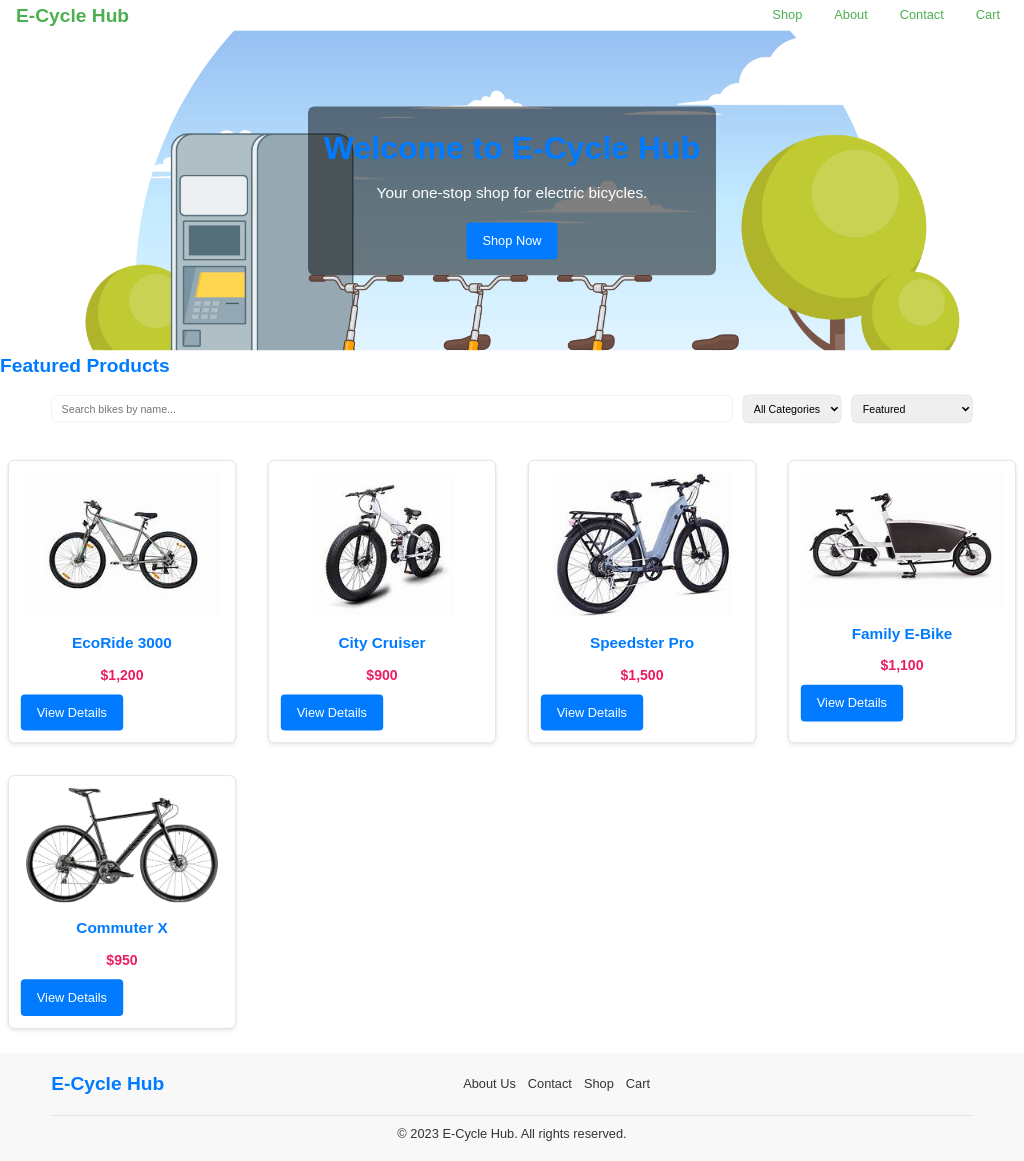
Repository: Rutuja-g/E-Cycle-Hub
Page: public/index.html
The author's editor kept a copy of each file at every save. The page is drawn from the files as they stood at one save, then again after the next save.
The browser window is 1280 px wide. The pictures show the whole page, at 80% of full size.

Above is the page before, as saved 2025-10-24 15:41:31.

### public/index.html
<!DOCTYPE html>
<html lang="en">
  <head>
    <meta charset="UTF-8" />
    <meta name="viewport" content="width=device-width, initial-scale=1.0" />
    <title>E-Cycle Hub</title>
    <link rel="icon" href="favicon.ico" type="image/x-icon" />
    <link rel="stylesheet" href="css/reset.css" />
    <link rel="stylesheet" href="css/variables.css" />
    <link rel="stylesheet" href="css/main.css" />
  </head>
  <body>
    <header>
      <div id="header"></div>
    </header>

    <main>
      <section class="hero">
        <img
          src="assets/images/banner.jpg"
          alt="E-Cycle Hub Banner"
          class="hero-banner"
        />
        <div class="hero-content">
          <h1>Welcome to E-Cycle Hub</h1>
          <p>Your one-stop shop for electric bicycles.</p>
          <a href="shop.html" class="btn">Shop Now</a>
        </div>
      </section>

      <section class="featured-products">
        <h2>Featured Products</h2>
        <div class="grid--featured"></div>
      </section>
    </main>

    <footer>
      <div id="footer"></div>
    </footer>

    <script src="js/components.js"></script>
    <script src="js/main.js"></script>
    <script src="js/auth.js"></script>
  </body>
</html>

### public/css/reset.css
html
/* CSS Reset */
* {
    margin: 0;
    padding: 0;
    box-sizing: border-box;
}

html, body {
    height: 100%;
    font-family: Arial, sans-serif;
}

img {
    max-width: 100%;
    height: auto;
}

a {
    text-decoration: none;
    color: inherit;
}

ul {
    list-style: none;
}

button {
    cursor: pointer;
}

### public/css/variables.css
:root {
  --primary-color: #007bff; /* Electric Blue */
  --secondary-color: #0056b3; /* Darker Blue for hover */
  --background-color: #ffffff; /* White */
  --text-color: #333333; /* Dark Gray */
  --muted: #6c757d; /* Muted text */
  --font-family: "Poppins", sans-serif; /* Modern Font */
  --font-size-base: 16px; /* Base Font Size */
  --font-size-large: 1.25rem; /* Large Font Size */
  --font-size-small: 0.875rem; /* Small Font Size */
  --border-radius: 10px; /* Rounded Corners */
  --box-shadow: 0 4px 8px rgba(0, 0, 0, 0.1); /* Subtle Box Shadow */
  --box-shadow-hover: 0 6px 12px rgba(0, 0, 0, 0.15); /* Hover Shadow */
  --transition: all 0.3s ease; /* Smooth Transitions */
}

### public/css/main.css
/* Main styles for E-Cycle Hub */

/* Reset some default styles */
body {
  margin: 0;
  font-family: var(--font-family, Arial, sans-serif);
  line-height: 1.6;
  color: var(--text-color, #333);
}

h1,
h2,
h3,
h4,
h5,
h6 {
  margin: 0;
  color: var(--primary-color, #4caf50);
}

a {
  text-decoration: none;
  color: var(--link-color, #4caf50);
  transition: color 0.3s ease;
}

a:hover {
  color: var(--link-hover-color, #388e3c);
}

/* Layout styles */
.container {
  width: 90%;
  max-width: 1200px;
  margin: auto;
}

/* Navbar styles */
nav {
  display: flex;
  justify-content: space-between;
  align-items: center;
  padding: 0 20px;
}

.logo a {
  font-size: 1.5em;
  font-weight: bold;
}

.nav-links {
  list-style: none;
  display: flex;
  gap: 20px;
}

.nav-links li a {
  padding: 10px;
  transition: background 0.3s;
}

.nav-links li a:hover {
  background: rgba(76, 175, 80, 0.1);
  border-radius: 5px;
}

.header,
.footer {
  background: var(--header-footer-bg, #f8f8f8);
  padding: 20px 0;
}

.header {
  position: sticky;
  top: 0;
  z-index: 1000;
}

.main-content {
  padding: 20px 0;
}

/* Hero section styles */
.hero {
  position: relative;
  display: flex;
  align-items: center;
  justify-content: center;
  min-height: 400px;
  overflow: hidden;
}

.hero-banner {
  position: absolute;
  top: 0;
  left: 0;
  width: 100%;
  height: 100%;
  object-fit: cover;
  z-index: -1;
}

.hero-content {
  text-align: center;
  color: white;
  background: rgba(0, 0, 0, 0.5);
  padding: 20px;
  border-radius: 8px;
}

.hero h1 {
  font-size: 2.5em;
  margin-bottom: 10px;
}

.hero p {
  font-size: 1.2em;
  margin-bottom: 20px;
}

.btn {
  display: inline-block;
  padding: 10px 20px;
  background: var(--primary-color, #4caf50);
  color: white;
  border-radius: 5px;
  transition: background 0.3s ease, transform 0.2s ease;
}

.btn:hover {
  background: var(--hover-color, #388e3c);
  transform: translateY(-2px);
}

/* Responsive styles */
@media (max-width: 768px) {
  .container {
    width: 95%;
  }

  .header,
  .footer {
    padding: 15px 0;
  }

  .hero {
    min-height: 300px;
  }

  .hero h1 {
    font-size: 2em;
  }

  .hero p {
    font-size: 1em;
  }
}

@media (max-width: 480px) {
  .hero {
    flex-direction: column;
    text-align: center;
  }

  .hero-content {
    padding: 15px;
  }

  .hero h1 {
    font-size: 1.8em;
  }

  .hero p {
    font-size: 0.9em;
  }

  /* Navbar responsive */
  .nav-links {
    display: none;
  }

  /* Footer responsive */
  .footer-content {
    flex-direction: column;
    text-align: center;
  }

  .footer-links ul {
    flex-direction: column;
    gap: 10px;
  }

  /* Grid responsive */
  .grid--featured {
    grid-template-columns: repeat(auto-fit, minmax(200px, 1fr));
  }
}

/* Product card styles (updated for .card class used by main.js) */
.card {
  border: 1px solid #ddd;
  border-radius: 8px;
  padding: 15px;
  margin: 10px;
  text-align: center;
  background: white;
  box-shadow: 0 2px 5px rgba(0, 0, 0, 0.1);
  transition: transform 0.3s ease, box-shadow 0.3s ease;
}

.card:hover {
  transform: translateY(-5px);
  box-shadow: 0 4px 10px rgba(0, 0, 0, 0.2);
}

.card img {
  max-width: 100%;
  height: auto;
  border-radius: 5px;
}

.card .card-title {
  margin: 10px 0;
  font-size: 1.2em;
}

.card .price {
  color: var(--price-color, #e91e63);
  font-weight: bold;
  font-size: 1.1em;
}

.card .btn {
  margin-top: 10px;
}

/* Featured products grid */
.grid--featured {
  display: grid;
  grid-template-columns: repeat(auto-fit, minmax(250px, 1fr));
  gap: 20px;
  padding: 20px 0;
}

/* Cart styles */
.cart-item {
  display: flex;
  justify-content: space-between;
  padding: 10px 0;
  border-bottom: 1px solid #ddd;
}

.cart-item img {
  width: 50px;
  height: auto;
}

.cart-total {
  font-weight: bold;
  font-size: 1.2em;
}

/* Checkout styles */
.checkout-form {
  display: flex;
  flex-direction: column;
}

.checkout-form input,
.checkout-form button {
  margin: 10px 0;
  padding: 10px;
  border: 1px solid #ddd;
  border-radius: 5px;
}

.checkout-form button {
  background: var(--primary-color, #4caf50);
  color: white;
  cursor: pointer;
}

.checkout-form button:hover {
  background: var(--hover-color, #388e3c);
}

/* Product details styles */
.product-details {
  max-width: 1200px;
  margin: 0 auto;
  padding: 20px;
  display: flex;
  flex-direction: column;
  gap: 20px;
}

.back-link {
  color: var(--primary-color, #4caf50);
  font-weight: bold;
  margin-bottom: 20px;
  display: inline-block;
}

.back-link:hover {
  color: var(--link-hover-color, #388e3c);
}

.product-image {
  flex: 1;
  max-width: 600px;
  margin: 0 auto;
}

.product-image img {
  width: 100%;
  height: auto;
  border-radius: 8px;
  box-shadow: 0 4px 10px rgba(0, 0, 0, 0.1);
}

.product-info {
  flex: 1;
  padding: 20px;
  background: white;
  border-radius: 8px;
  box-shadow: 0 2px 5px rgba(0, 0, 0, 0.1);
}

.product-info h1 {
  font-size: 2em;
  margin-bottom: 10px;
}

.product-price {
  font-size: 1.5em;
  color: var(--price-color, #e91e63);
  font-weight: bold;
  margin-bottom: 20px;
}

.product-info p {
  line-height: 1.6;
  margin-bottom: 20px;
}

.product-info .btn {
  margin-top: 20px;
}

/* Responsive for product details */
@media (max-width: 768px) {
  .product-details {
    flex-direction: column;
  }

  .product-image,
  .product-info {
    flex: none;
    width: 100%;
  }

  .product-info {
    padding: 15px;
  }

  .product-info h1 {
    font-size: 1.8em;
  }

  .product-price {
    font-size: 1.3em;
  }
}

/* Footer styles */
.footer {
  background: var(--header-footer-bg, #f8f8f8);
}

.footer-content {
  display: flex;
  justify-content: space-between;
  align-items: center;
  flex-wrap: wrap;
  gap: 20px;
}

.footer-logo h2 {
  margin: 0;
}

.footer-links ul {
  list-style: none;
  display: flex;
  gap: 15px;
}

.footer-links li a {
  color: var(--text-color, #333);
}

.footer-social a {
  margin: 0 5px;
  font-size: 1.5em;
  color: var(--primary-color, #4caf50);
}

.footer-bottom {
  text-align: center;
  margin-top: 20px;
  border-top: 1px solid #ddd;
  padding-top: 10px;
}

/* Add error styles */
.error {
  color: red;
  font-size: 0.9em;
  margin-top: 5px;
  display: none;
}

/* Success popup styles */
.success-popup {
  position: fixed;
  top: 0;
  left: 0;
  width: 100%;
  height: 100%;
  background-color: rgba(0, 0, 0, 0.5);
  display: flex;
  justify-content: center;
  align-items: center;
  z-index: 1000;
}

.popup-content {
  background-color: white;
  padding: 20px;
  border-radius: 8px;
  text-align: center;
  box-shadow: 0 4px 6px rgba(0, 0, 0, 0.1);
}

.popup-content h3 {
  margin-bottom: 10px;
  color: var(--primary-color);
}

.popup-content button {
  background-color: var(--primary-color);
  color: white;
  border: none;
  padding: 10px 20px;
  border-radius: 4px;
  cursor: pointer;
  margin-top: 15px;
}

.popup-content button:hover {
  background-color: var(--primary-hover);
}

### public/js/components.js
// components.js - Dynamic loading of header and footer components

(function () {
  // Load component into element
  async function loadComponent(componentPath, targetElement) {
    try {
      const response = await fetch(componentPath);
      if (!response.ok) {
        throw new Error(`Failed to load ${componentPath}: ${response.status}`);
      }
      const html = await response.text();
      targetElement.innerHTML = html;
    } catch (error) {
      console.error(`Error loading component ${componentPath}:`, error);
      targetElement.innerHTML = "<p>Error loading component</p>";
    }
  }

  // Load header and footer on page load
  document.addEventListener("DOMContentLoaded", function () {
    const headerElement = document.getElementById("header");
    const footerElement = document.getElementById("footer");

    if (headerElement) {
      loadComponent("components/header.html", headerElement);
    }

    if (footerElement) {
      loadComponent("components/footer.html", footerElement);
    }
  });
})();

### public/js/auth.js
// auth.js - Handles user authentication, login, signup, and session management

(function () {
  const USERS_KEY = "ecycle_users";
  const CURRENT_USER_KEY = "ecycle_current_user";
  const LOGGED_IN_KEY = "isLoggedIn";

  // Get users from localStorage
  function getUsers() {
    const users = localStorage.getItem(USERS_KEY);
    return users ? JSON.parse(users) : [];
  }

  // Save users to localStorage
  function saveUsers(users) {
    localStorage.setItem(USERS_KEY, JSON.stringify(users));
  }

  // Get current user
  function getCurrentUser() {
    const user = localStorage.getItem(CURRENT_USER_KEY);
    return user ? JSON.parse(user) : null;
  }

  // Set current user
  function setCurrentUser(user) {
    localStorage.setItem(CURRENT_USER_KEY, JSON.stringify(user));
  }

  // Clear current user (logout)
  function clearCurrentUser() {
    localStorage.removeItem(CURRENT_USER_KEY);
  }

  // Check if user is logged in
  function isLoggedIn() {
    return localStorage.getItem(LOGGED_IN_KEY) === "true";
  }

  // Set logged in flag
  function setLoggedIn() {
    localStorage.setItem(LOGGED_IN_KEY, "true");
  }

  // Clear logged in flag
  function clearLoggedIn() {
    localStorage.removeItem(LOGGED_IN_KEY);
  }

  // Validate email format
  function validateEmail(email) {
    const emailRegex = /^[^\s@]+@[^\s@]+\.[^\s@]+$/;
    return emailRegex.test(email);
  }

  // Validate password (at least 6 characters)
  function validatePassword(password) {
    return password.length >= 6;
  }

  // Update navbar with user info
  function updateNavbar() {
    const user = getCurrentUser();
    const userInfo = document.getElementById("user-info");
    const userName = document.getElementById("user-name");
    const logout = document.getElementById("logout");

    if (user && userInfo && userName) {
      userInfo.style.display = "block";
      userName.textContent = user.name;
      if (logout) {
        logout.addEventListener("click", function (e) {
          e.preventDefault();
          clearCurrentUser();
          clearLoggedIn();
          window.location.href = "login.html";
        });
      }
    } else if (userInfo) {
      userInfo.style.display = "none";
    }
  }

  // Restrict cart/checkout for non-logged-in users
  function restrictActions() {
    const user = getCurrentUser();
    const addToCartButtons = document.querySelectorAll(".btn-add-to-cart");
    const checkoutButtons = document.querySelectorAll(".btn-checkout");

    if (!user) {
      addToCartButtons.forEach((btn) => {
        btn.disabled = true;
        btn.textContent = "Login to Add to Cart";
        btn.addEventListener("click", function (e) {
          e.preventDefault();
          alert("Please login to add items to cart.");
          window.location.href = "login.html";
        });
      });

      checkoutButtons.forEach((btn) => {
        btn.disabled = true;
        btn.textContent = "Login to Checkout";
        btn.addEventListener("click", function (e) {
          e.preventDefault();
          alert("Please login to checkout.");
          window.location.href = "login.html";
        });
      });
    }
  }

  // Check session and redirect if not logged in on protected pages
  function checkSession() {
    const protectedPages = ["cart.html", "admin.html"];
    const currentPage = window.location.pathname.split("/").pop();
    if (protectedPages.includes(currentPage) && !isLoggedIn()) {
      window.location.href = "login.html";
    }

    // Additional check for admin page
    if (currentPage === "admin.html") {
      const user = getCurrentUser();
      if (!user || user.email !== "admin@ecyclehub.com") {
        alert("Access denied. Only admin can access this page.");
        window.location.href = "login.html";
      }
    }
  }

  // Handle login form
  function handleLogin() {
    const form = document.getElementById("loginForm");
    if (!form) return;

    form.addEventListener("submit", function (e) {
      e.preventDefault();

      const email = document.getElementById("email").value.trim();
      const password = document.getElementById("password").value;
      const emailError = document.getElementById("emailError");
      const passwordError = document.getElementById("passwordError");

      // Clear previous errors
      emailError.textContent = "";
      passwordError.textContent = "";

      let isValid = true;

      if (!validateEmail(email)) {
        emailError.textContent = "Please enter a valid email address.";
        isValid = false;
      }

      if (!validatePassword(password)) {
        passwordError.textContent = "Password must be at least 6 characters.";
        isValid = false;
      }

      if (!isValid) return;

      const users = getUsers();
      const user = users.find(
        (u) => u.email === email && u.password === password
      );

      if (user) {
        setCurrentUser(user);
        setLoggedIn();
        alert("Login successful!");
        // Check for redirect after login
        const redirectTo = localStorage.getItem("redirectAfterLogin");
        if (redirectTo) {
          localStorage.removeItem("redirectAfterLogin");
          window.location.href = redirectTo;
        } else {
          window.location.href = "index.html";
        }
      } else {
        emailError.textContent = "Invalid email or password.";
      }
    });
  }

  // Handle signup form
  function handleSignup() {
    const form = document.getElementById("signupForm");
    if (!form) return;

    form.addEventListener("submit", function (e) {
      e.preventDefault();

      const name = document.getElementById("name").value.trim();
      const email = document.getElementById("email").value.trim();
      const password = document.getElementById("password").value;
      const confirmPassword = document.getElementById("confirmPassword").value;

      const nameError = document.getElementById("nameError");
      const emailError = document.getElementById("emailError");
      const passwordError = document.getElementById("passwordError");
      const confirmPasswordError = document.getElementById(
        "confirmPasswordError"
      );

      // Clear previous errors
      nameError.textContent = "";
      emailError.textContent = "";
      passwordError.textContent = "";
      confirmPasswordError.textContent = "";

      let isValid = true;

      if (!name) {
        nameError.textContent = "Name is required.";
        isValid = false;
      }

      if (!validateEmail(email)) {
        emailError.textContent = "Please enter a valid email address.";
        isValid = false;
      }

      if (!validatePassword(password)) {
        passwordError.textContent = "Password must be at least 6 characters.";
        isValid = false;
      }

      if (password !== confirmPassword) {
        confirmPasswordError.textContent = "Passwords do not match.";
        isValid = false;
      }

      if (!isValid) return;

      const users = getUsers();
      const existingUser = users.find((u) => u.email === email);

      if (existingUser) {
        emailError.textContent = "Email already registered.";
        return;
      }

      const newUser = { name, email, password };
      users.push(newUser);
      saveUsers(users);
      setCurrentUser(newUser);
      setLoggedIn();

      alert("Signup successful!");
      window.location.href = "index.html";
    });
  }

  // Initialize auth functionality
  document.addEventListener("DOMContentLoaded", function () {
    // Initialize admin user if not exists
    const users = getUsers();
    const adminExists = users.find((u) => u.email === "admin@ecyclehub.com");
    if (!adminExists) {
      users.push({
        name: "Admin",
        email: "admin@ecyclehub.com",
        password: "admin123",
      });
      saveUsers(users);
    }

    checkSession();
    updateNavbar();
    restrictActions();
    handleLogin();
    handleSignup();
  });
})();

### public/components/header.html
<nav>
  <div class="logo">
    <a href="index.html">E-Cycle Hub</a>
  </div>
  <ul class="nav-links">
    <li><a href="shop.html">Shop</a></li>
    <li><a href="about.html">About</a></li>
    <li><a href="contact.html">Contact</a></li>
    <li><a href="cart.html">Cart</a></li>
  </ul>
</nav>

### public/components/footer.html
<div class="footer">
  <div class="container">
    <div class="footer-content">
      <div class="footer-logo">
        <h2>E-Cycle Hub</h2>
      </div>
      <div class="footer-links">
        <ul>
          <li><a href="about.html">About Us</a></li>
          <li><a href="contact.html">Contact</a></li>
          <li><a href="shop.html">Shop</a></li>
          <li><a href="cart.html">Cart</a></li>
        </ul>
      </div>
      <div class="footer-social">
        <a href="#" aria-label="Facebook"><i class="fab fa-facebook-f"></i></a>
        <a href="#" aria-label="Twitter"><i class="fab fa-twitter"></i></a>
        <a href="#" aria-label="Instagram"><i class="fab fa-instagram"></i></a>
      </div>
    </div>
    <div class="footer-bottom">
      <p>&copy; 2023 E-Cycle Hub. All rights reserved.</p>
    </div>
  </div>
</div>

Loaded but not shown: public/assets/data/products.json (47 lines, source omitted); public/js/main.js (315 lines, source omitted)

After the next save:
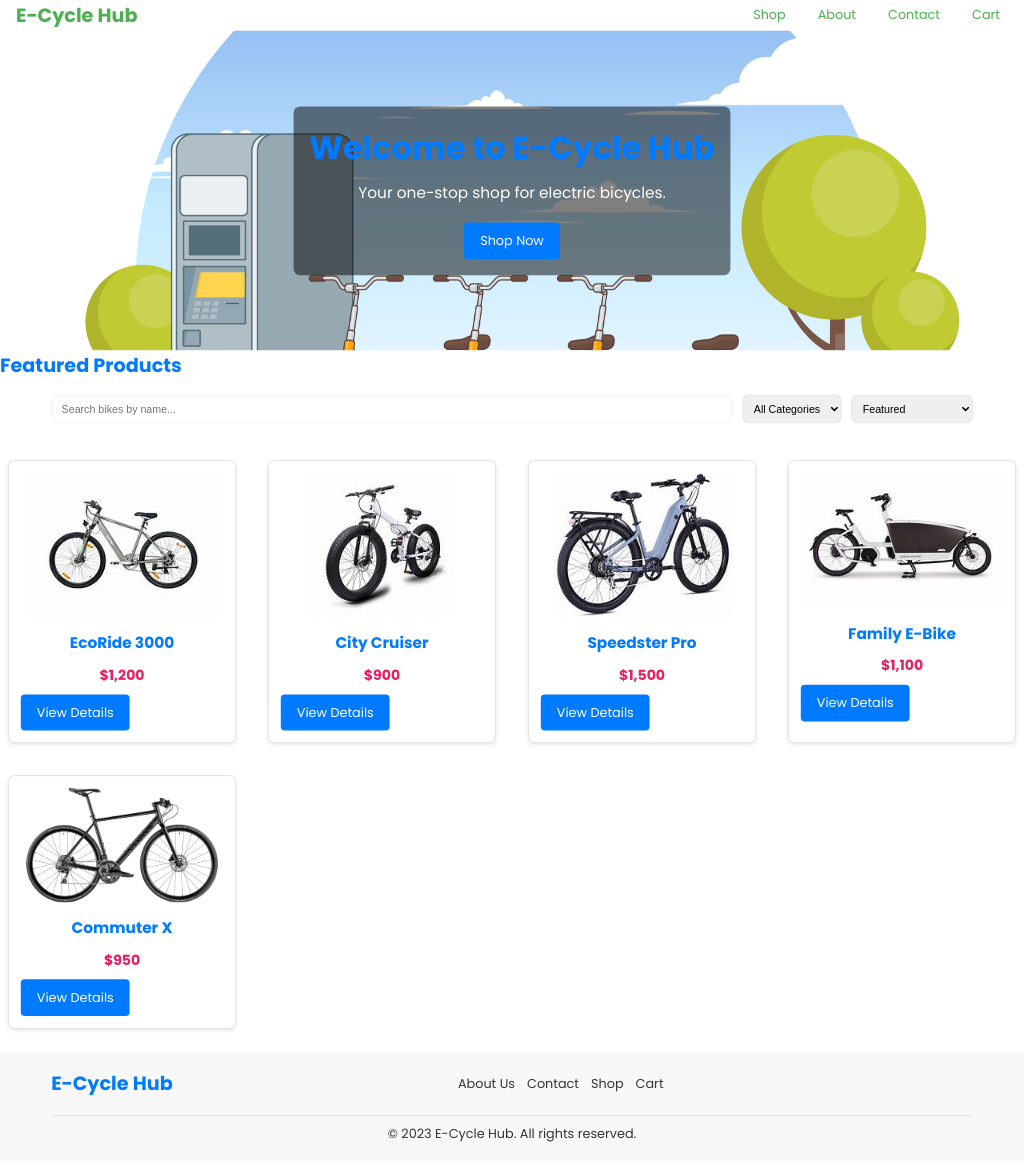
Saved 17 s later.
--- a/public/index.html
+++ b/public/index.html
@@ -5,6 +5,12 @@
     <meta name="viewport" content="width=device-width, initial-scale=1.0" />
     <title>E-Cycle Hub</title>
     <link rel="icon" href="favicon.ico" type="image/x-icon" />
+    <link rel="preconnect" href="https://fonts.googleapis.com" />
+    <link rel="preconnect" href="https://fonts.gstatic.com" crossorigin />
+    <link
+      href="https://fonts.googleapis.com/css2?family=Poppins:wght@300;400;500;600;700&display=swap"
+      rel="stylesheet"
+    />
     <link rel="stylesheet" href="css/reset.css" />
     <link rel="stylesheet" href="css/variables.css" />
     <link rel="stylesheet" href="css/main.css" />
